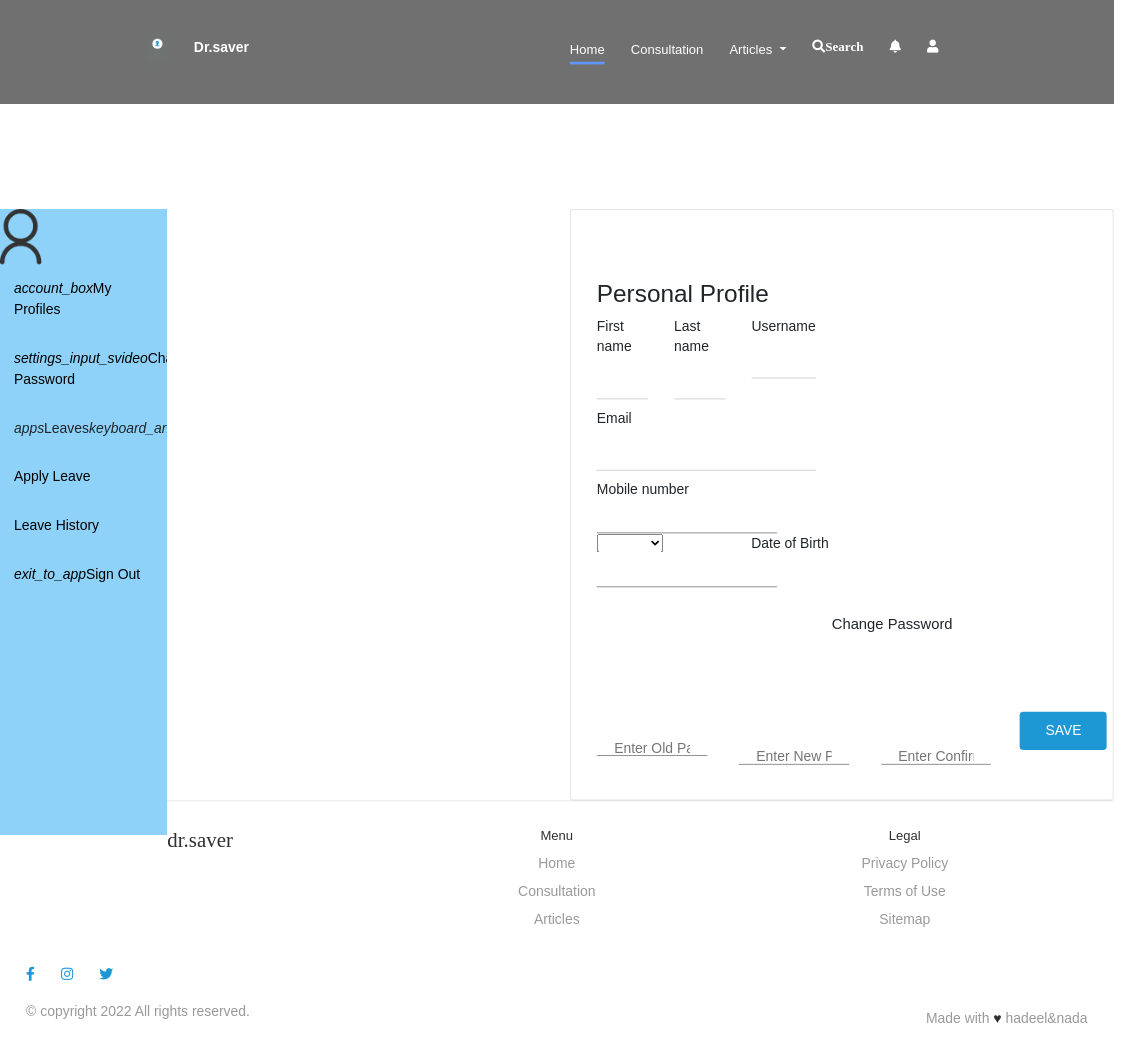
Repository: nsra/hadeel_doctor_system
Page: patient/Pprofile.html
An editor plug-in stored every save of this project. The page is shown before and after the next save, followed by the edit.
The browser window is 1280 px wide. The page is 1295 px wide, so the pictures cover 1295 px, including what lies to the right of the window. The pictures show the whole page, at 87% of full size.
Some web fonts or font styles are not loaded; a fallback is used. Some web libraries are served in a nearby version.

Above is the page before, as saved 2022-03-25 14:42:32.

After the next save:
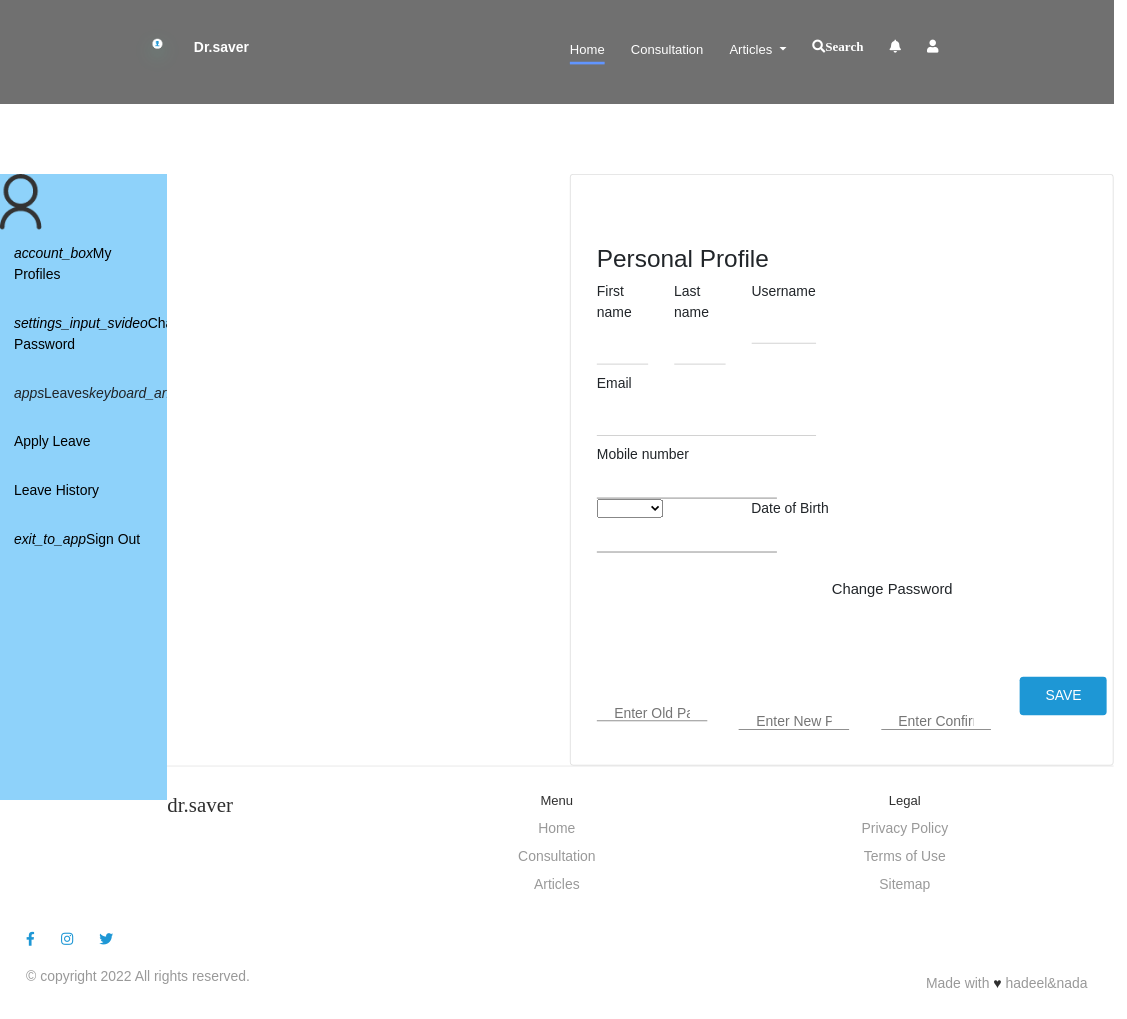
Saved 19 s later.
--- a/assets/css/style.css
+++ b/assets/css/style.css
@@ -49,7 +49,7 @@ a{
     text-decoration: none;
 }
 .pd-y{
-    padding: 120px 0;
+    padding: 100px 0;
 }
 .section-header{
     text-align: center;
